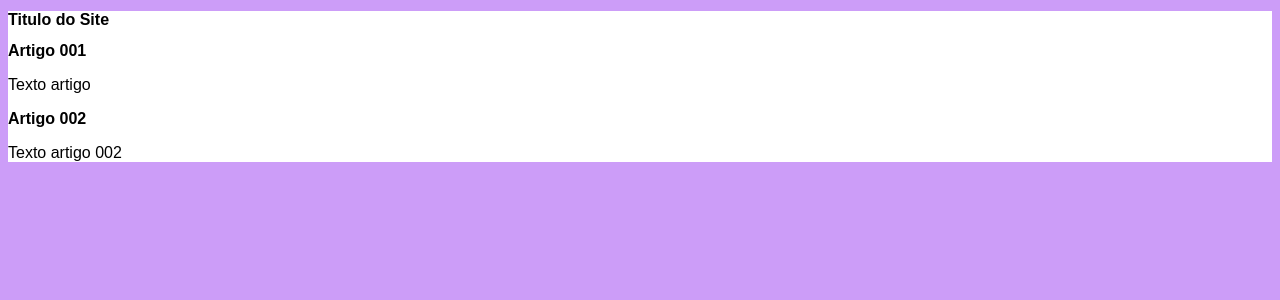
Repository: robertacristinaabreu01/projeto-siteGitHub
Page: index.html
The author's editor kept a copy of each file at every save. The page is drawn from the files as they stood at one save, then again after a run of saves.
The browser window is 1280 px wide. The pictures show the whole page.

Above is the page before, as saved 2021-01-23 21:49:20.

After the next 2 saves:
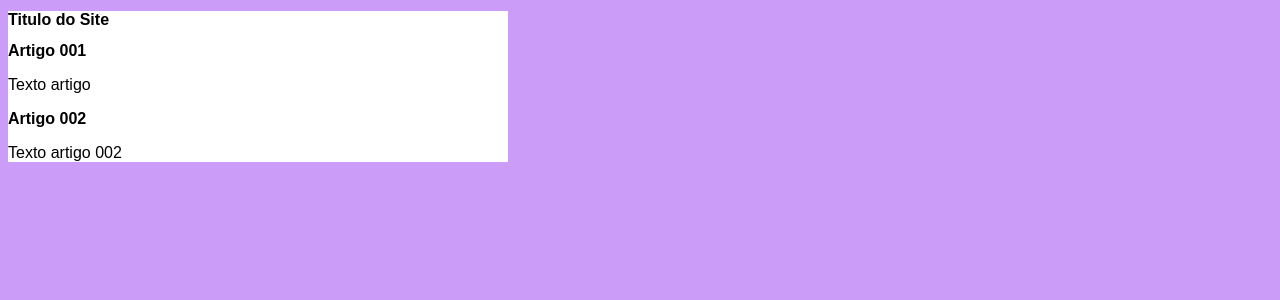
The 2 saves are shown as one change because they came seconds apart.
The last was saved 8 s later.
--- a/estilos/style.css
+++ b/estilos/style.css
@@ -11,5 +11,6 @@ body{
 main{
 
 background-color:white;
-wid
+width:500px;
+
 }
